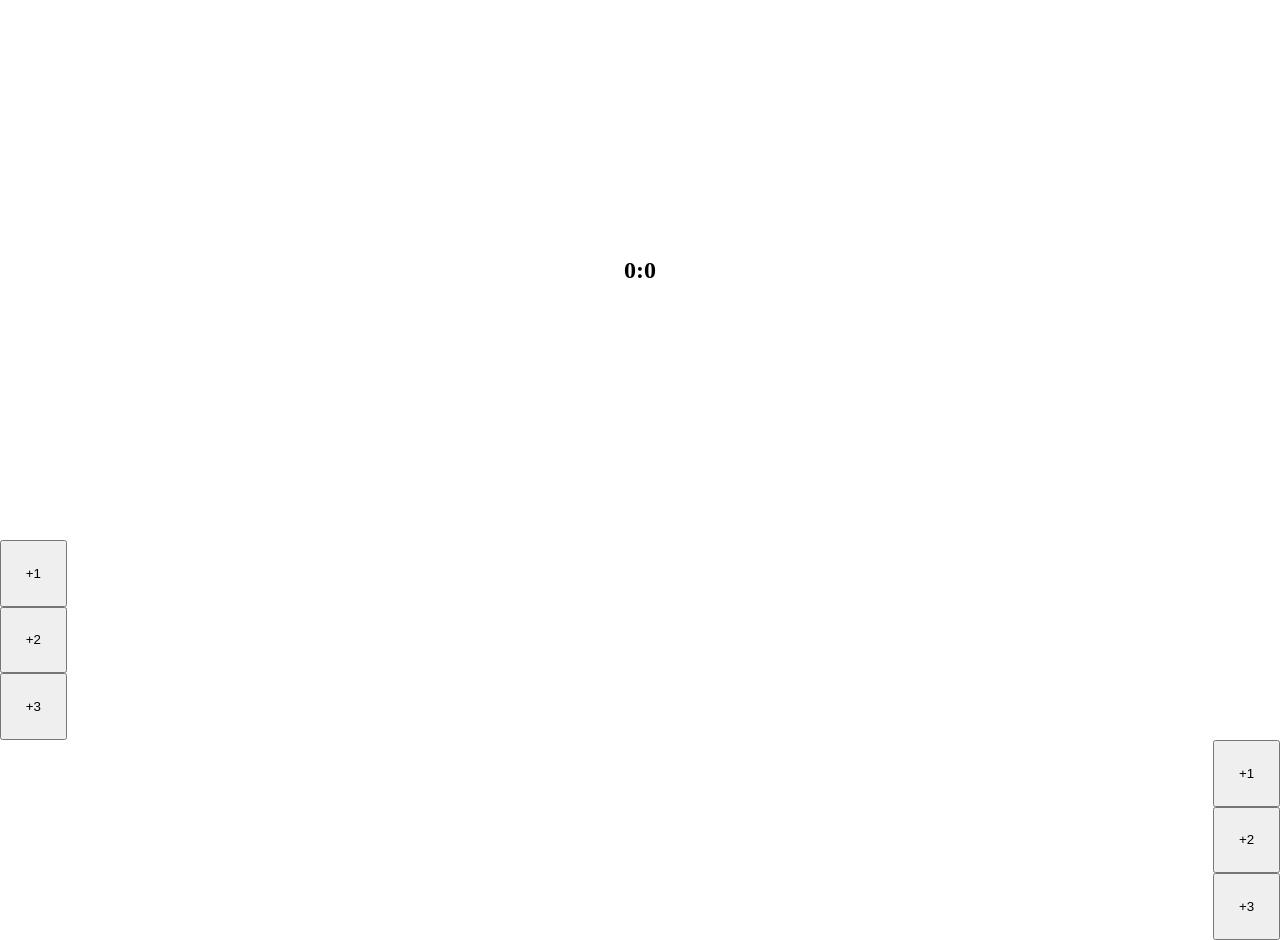
Repository: bollo89/scoreBoard
Page: index.html
An editor plug-in stored every save of this project. The page is shown before and after the next save, followed by the edit.
The browser window is 1280 px wide. The pictures show the whole page.

Above is the page before, as saved 2022-01-21 12:22:50.

After the next save:
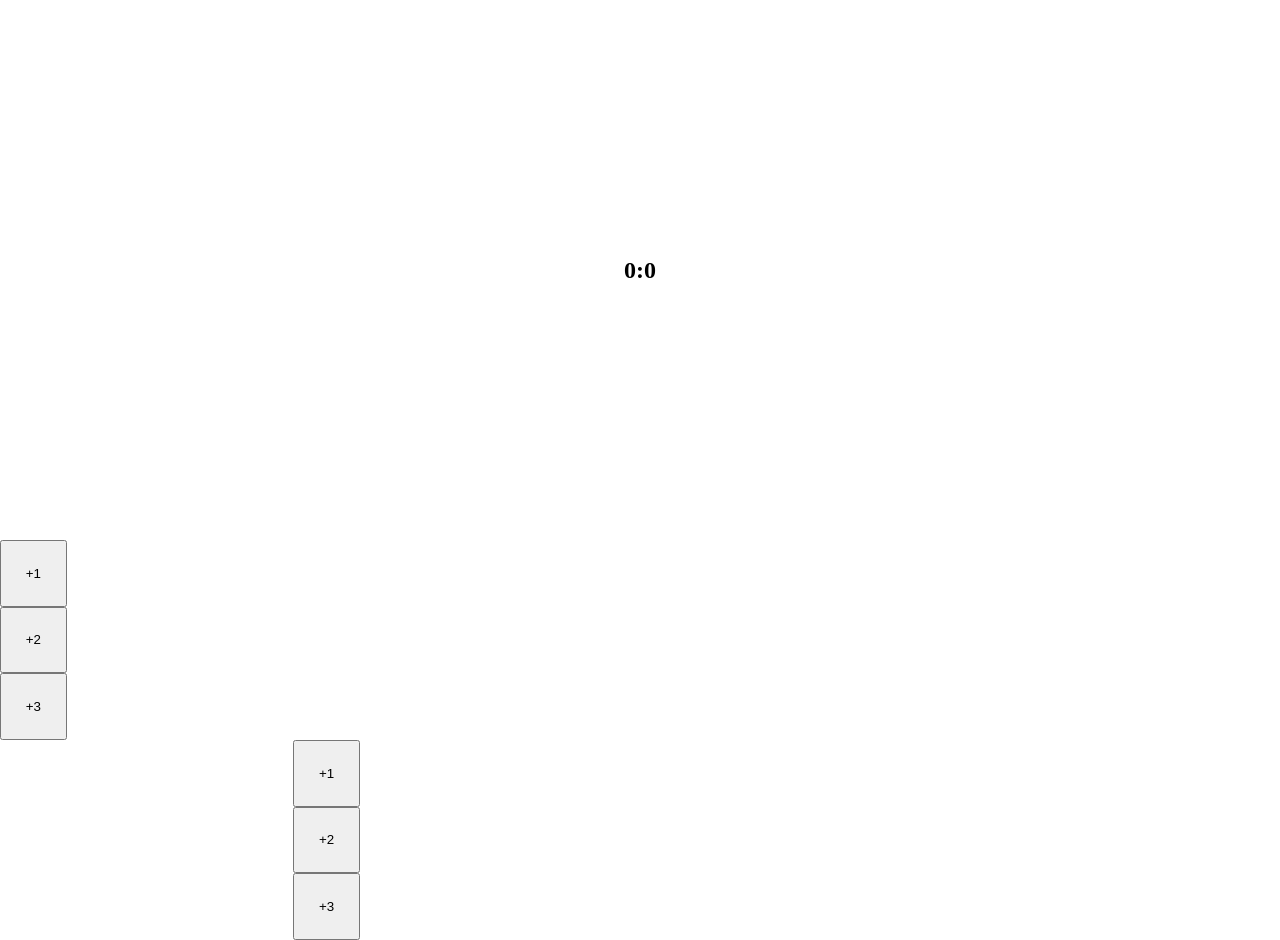
Saved 6 s later.
--- a/style.css
+++ b/style.css
@@ -31,6 +31,7 @@ body {
     justify-content: flex-start;
 }
 .btnsA {
+    width: 50vh;
     display: flex;
     flex-direction: column;
     align-items: flex-end;
